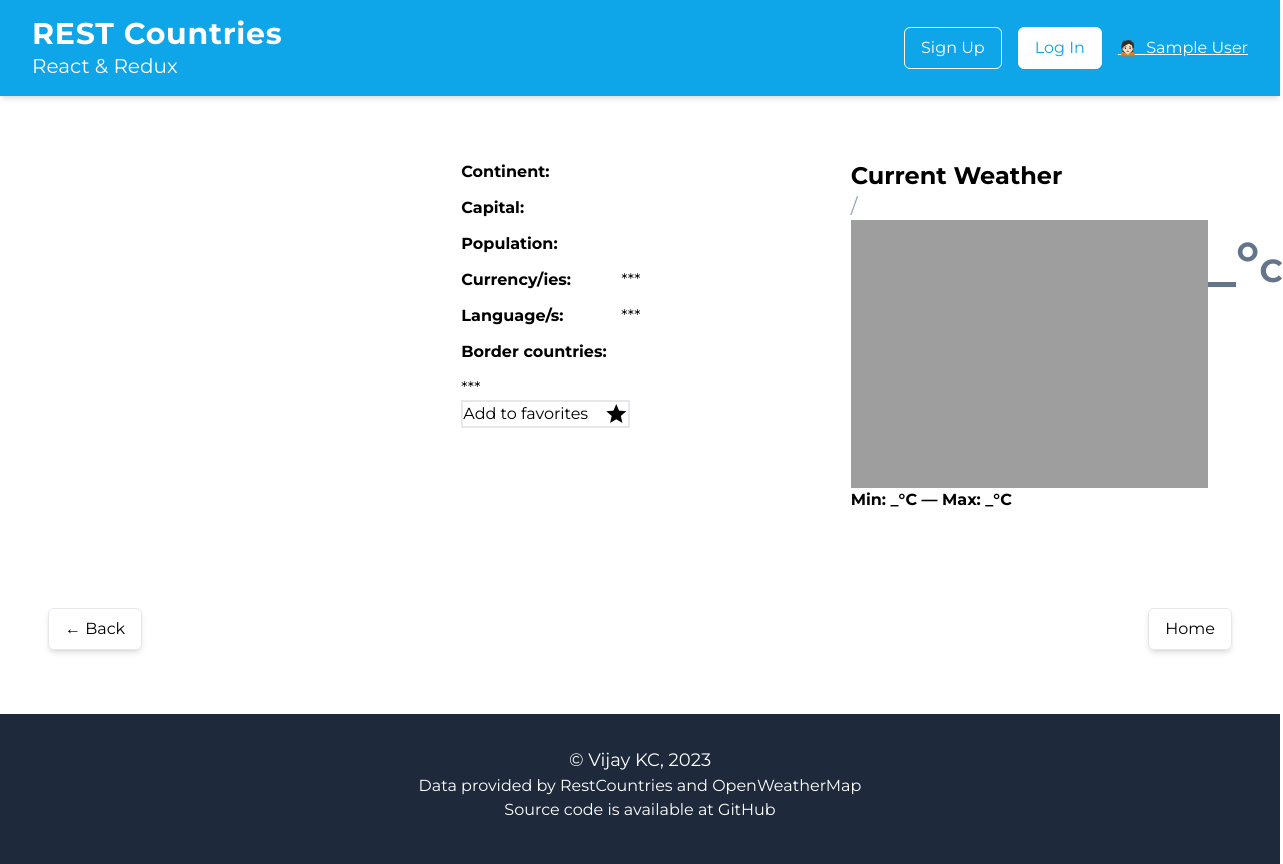
Repository: kcvijay/rest_countries_react_redux
Page: /favorites
The author's editor kept a copy of each file at every save. The page is drawn from the files as they stood at one save, then again after the next save.
The browser window is 1280 px wide. The page is 1283 px wide, so the pictures cover 1283 px, including what lies to the right of the window. The pictures show the whole page.
Pictures or frames that could not be fetched are drawn as grey boxes. The page's requests for data from a server got no answer. The project was rebuilt for these pictures with package versions that can differ from the ones it lists, and the page was loaded fresh each time. No one was signed in, and anything a server would have sent is missing. Also part of the build but not shown: src/components/CountryCard.jsx, src/components/Home.jsx, src/components/NotFound.jsx.

Above is the page before, as saved 2023-03-20 20:01:31.

After the next save:
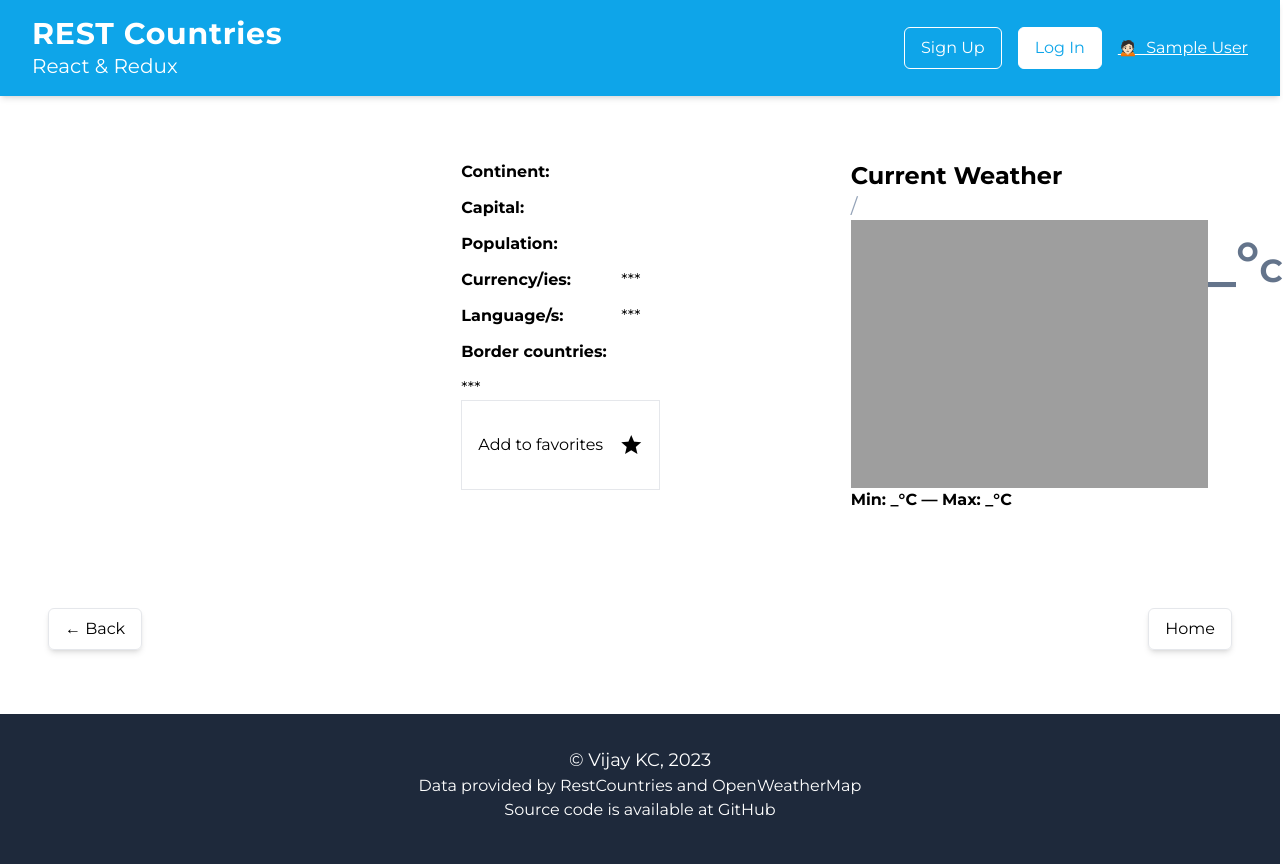
Saved 14 s later.
--- a/src/components/SingleCountry.jsx
+++ b/src/components/SingleCountry.jsx
@@ -119,7 +119,7 @@ const SingleCountry = () => {
               </div>
             </li>
             <li>
-              <button className="flex justify-between gap-4 items-center border-2">
+              <button className="flex justify-between gap-4 items-center border px-4 py-8">
                 <p> Add to favorites </p>
                 <p className="material-icons">star</p>
               </button>
